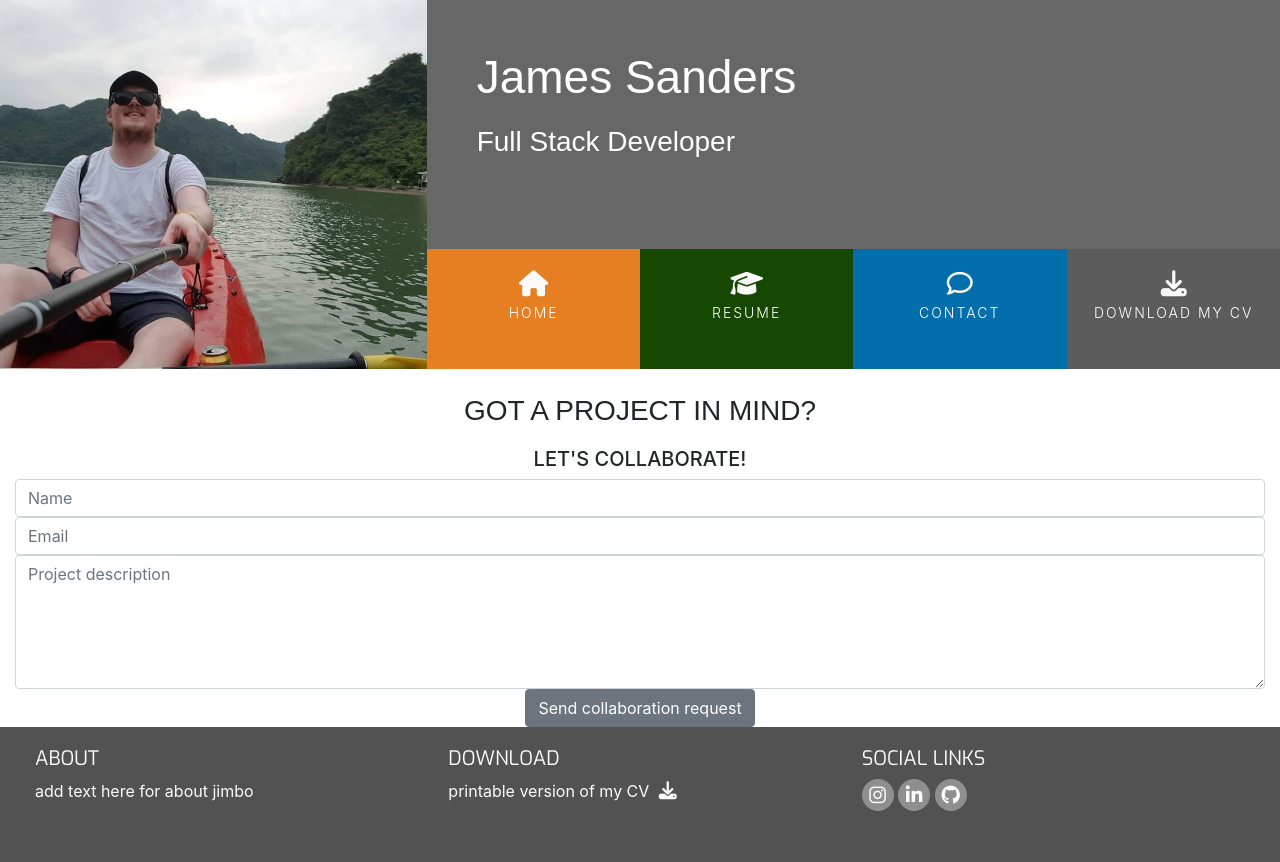
Repository: JaySanders95/my-online-resume
Page: contact.html
These files come from the project's save history. The page is drawn as it stood at one moment and after the next save; the edit follows.
The browser window is 1280 px wide. The pictures show the whole page.
Some web fonts or font styles are not loaded; a fallback is used. Some web libraries are served in a nearby version.

Above is the page before, as saved 2023-05-05 14:01:10.

### contact.html
<!DOCTYPE html>
<html lang="en">
<head>
    <meta charset="UTF-8">
    <meta http-equiv="X-UA-Compatible" content="IE=edge">
    <meta name="viewport" content="width=device-width, initial-scale=1.0">
    <link rel="stylesheet" href="https://cdn.jsdelivr.net/npm/@fortawesome/fontawesome-free@6.2.1/css/fontawesome.min.css" integrity="sha384-QYIZto+st3yW+o8+5OHfT6S482Zsvz2WfOzpFSXMF9zqeLcFV0/wlZpMtyFcZALm" crossorigin="anonymous">
    <link rel="stylesheet" href="https://cdn.jsdelivr.net/npm/bootstrap@4.6.2/dist/css/bootstrap.min.css" integrity="sha384-xOolHFLEh07PJGoPkLv1IbcEPTNtaed2xpHsD9ESMhqIYd0nLMwNLD69Npy4HI+N" crossorigin="anonymous">
    <link rel="stylesheet" href="assets/css/style.css">
    <link rel="stylesheet" href="https://cdnjs.cloudflare.com/ajax/libs/hover.css/2.3.1/css/hover-min.css" integrity="sha512-csw0Ma4oXCAgd/d4nTcpoEoz4nYvvnk21a8VA2h2dzhPAvjbUIK6V3si7/g/HehwdunqqW18RwCJKpD7rL67Xg==" crossorigin="anonymous" referrerpolicy="no-referrer" />
    <title>James Sanders' Resume</title>
</head>
<body>
    <header>
        <div class="row no-gutters">
            <a href="index.html" class="col-md-4 logo">

            </a>
            <div class="col-md-8">
                <div class="row bg-color-name-title no-gutters">
                    <div class="col heading">
                        <h1 class="name">James Sanders</h1>
                        <h2 class="title">Full Stack Developer</h2>

                    </div>
                </div>
                <div class="row no-gutters">
                    <div class="col">
                        <ul id="nav" class="list-inline menucontainer">
                            <li class="col-6 col-sm-3 ui-menu-color-home list-inline-item menuitem">
                                <a href="#" class="hvr-bounce-to-bottom"><i class="fa fa-home" aria-hidden="true"></i><span>Home</span></a>
                            </li>
                            <li class="col-6 col-sm-3 ui-menu-color-resume list-inline-item menuitem">
                                <a href="#" class="hvr-bounce-to-bottom"><i class="fa fa-graduation-cap" aria-hidden="true"></i><span>Resume</span></a>
                            </li>
                            <li class="col-6 col-sm-3 ui-menu-color-contact list-inline-item menuitem">
                                <a href="#" class="hvr-bounce-to-bottom"><i class="fa fa-comment-o" aria-hidden="true"></i><span>Contact</span></a>
                            </li>
                            <li class="col-6 col-sm-3 ui-menu-color-download list-inline-item menuitem">
                                <a href="#" class="hvr-bounce-to-bottom"><i class="fa fa-download" aria-hidden="true"></i><span>Download my CV</span></a>
                            </li>
                        </ul>
                    </div>
                </div>
            </div>
        </div>
    </header>
    <section class="container-fluid">
        <div class="row bg-color-contact">
            <div class="col">
                <h3 class="contact-heading uppercase text-center">Got a project in mind?</h3>
                <h5 class="uppercase text-center">Let's collaborate!</h5>
                <div class="center-form">
                    <form>
                        <input type="text" name="name" id="fullname" class="form-control" placeholder="Name" required>
                        <input type="email" name="email" id="emailaddress " class="form-control" placeholder="Email" required>
                        <textarea name="projectsummary" id="projectsummary" rows="5" class="form-control" placeholder="Project description" required></textarea>
                        <div class="form-row text-center">
                            <div class="col">
                                <button type="submit" class="btn btn-secondary">Send collaboration request</button>
                            </div>
                        </div>
                    </form>
                </div>
            </div>
        </div>

    </section>
    <footer class="container-fluid">
        <div id="footer-details" class="row">
            <div class="col-sm-4">
                <h5 class="uppercase general-sub">About</h5>
                <p class="inline-block"> add text here for about jimbo</p>
            </div>
            <div class="col-sm-4">
                <h5 class="uppercase general-sub">Download</h5>
                <p class="inline-block"> printable version of my CV</p>
                <a href="#" target="_blank" class="cv-pdf">
                    <i class="fa fa-download" aria-hidden="true"></i>
                    <span class="sr-only">Download link.</span>
                </a>
            </div>
            <div class="col-sm-4">
                <h5 class="uppercase general-sub">Social links</h5>
                <ul class="list-inline social-links">
                    <li class="list-inline-item">
                        <a target="_blank" href="#">
                            <i class="fa fa-instagram"></i>
                            <span class="sr-only">Instagram</span>
                        </a>
                    </li>
                    <li class="list-inline-item">
                        <a target="_blank" href="#">
                            <i class="fa fa-linkedin"></i>
                            <span class="sr-only">LinkedIn</span>
                        </a>
                    </li>
                    <li class="list-inline-item">
                        <a target="_blank" href="#">
                            <i class="fa-brands fa-github"></i>
                            <span class="sr-only">GitHub</span>

                        </a>
                    </li>
                </ul>
            </div>
        </div>

    </footer>
    <script src="https://kit.fontawesome.com/c80cd6a143.js" crossorigin="anonymous"></script>
</body>
</html>

### assets/css/style.css
@import url('https://fonts.googleapis.com/css2?family=Anuphan:100,200,300,400,500,600,700wght@300&family=Exo:100,200,300,400,500,600,700ital,wght@1,300&display=swap');


/* ------- Colours ---------*/

.bg-color-name-title {
    background-color:#676767;
}

.bg-color-three-reasons {
    background-color: #fff;
}

.bg-color-personal-info {
    background-color:#f4f4f4;
}

.ui-menu-color-home {
    background-color: #e67e22;
}

.ui-menu-color-resume {
    background-color: #164802;
}

.ui-menu-color-contact {
    background-color: #036eac;
}

.ui-menu-color-download {
    background-color: #5c5c5c;
}

.bg-color-work-history {
    background-color: #164802;
}

.bg-color-contact {
    background-color: #fff;
}

/* ------- Special paddings/margins/text ---------*/

h1,h2,h3,h4 {
    margin: 0;
}

.uppercase {
    text-transform: uppercase;
}

.general-sub {
    font-family: 'Exo', sans-serif;
    font-weight: 300;
    color: #fafafa;
}

.inline-block {
    display: inline-block;
}

.row-table {
    display: table;

}
.section-column {
    display: table-cell;
    padding: 0 30px 30px;
    float: none;
}

.history-heading,
.section-heading {
    font-family: 'Exo', sans-serif;
    font-weight: 300;
    margin-top: 25px;
    margin-bottom: 40px;
}

/* ------- Headers ---------*/
header {
    margin: 0;
}

.heading {
    margin-left: 50px;
}

.logo {
    background: url(../images/me.png);
    background-position: center;
    background-repeat: no-repeat;
    background-size: cover;
    min-height: 360px;
    transition: all .5s ease-in-out;
    -moz-transition: all .5s ease-in-out;
    -webkit-transition: all .5s ease-in-out;
}

.name {
    font-family: 'Anuphan', sans-serif;
    font-weight: 100;
    font-size: 46px;
    margin-top: 50px;
    color: #fff;
}


.title {
    font-family: 'Anuphan', sans-serif;
    font-weight: 200;
    font-size: 28px;
    margin-top: 20px;
    margin-bottom: 90px;
    color: #fff;
}

.list-inline-item:not(:last-child) {
    margin: 0;
}

.menucontainer {
    font-size: 0;
}

#nav li {
    font-size: 14px;
    padding: 0;
}

#nav {
    margin: 0;
}

.menuitem {
    height: 120px;
    text-align: center;
    padding: 0;

}

.menuitem a {
    width: 100%;
    text-decoration: none;
    color: #fff;
    height: 120px;
}

.menuitem a i {
    display: block;
    padding-top: 22px;
    color: #fafafa;
    font-size: 26px;
}

.menuitem span {
    display: block;
    width: 100%;
    padding-top: 5px;
    text-align: center;
    text-transform: uppercase;
    font-size: 14px;
    font-weight: 300;
    letter-spacing: 2px;
}

/* ------- Hover.css ---------*/

.hvr-bounce-to-bottom:before {
    background: rgba(0, 0, 0, 0.3) !important;
    height: 120px;

}

/* ------- Footer ---------*/

footer {
    background-color: #525252;
    color: #fafafa;
    min-height: 120px;
}

.cv-pdf i {
    font-size: 18px;
    color: #fafafa;
    text-align: center;
    padding-left: 5px;
    transition: all 0.35s ease-in-out;
    -moz-transition: all 0.35s ease-in-out;
    -webkit-transition: all 0.35s ease-in-out;
    -o-transition: all 0.35s ease-in-out;
}

.cv-pdf i:hover {
    color: #e84610;
}

.social-links {
    padding-bottom: 15px;
}

.social-links li a i {
    width: 32px;
    height: 32px;
    padding: 7px 0;
    border-radius: 50%;
    font-size: 19px;
    text-align: center;
    color: #fafafa;
    background: #8f8f8f;
    transition: all 0.35s ease-in-out;
    -moz-transition: all 0.35s ease-in-out;
    -webkit-transition: all 0.35s ease-in-out;
    -o-transition: all 0.35s ease-in-out;
}

.social-links li a i:hover {
    background-color: #e84610;
}

#footer-details {
    padding: 20px;
}

/* ------- 3 Reasons ---------*/

.three-reasons-icon {
    font-size: 26px;
    color: #e67e22;
}

.three-reasons-heading {
    margin-bottom: 15px;
}

/* ------- Personal Info ---------*/

.personal-info-item {
    margin-bottom: 20px;
    display: block;
    clear: both;
}

.personal-info-item .key,
.personal-info-item .value {
    padding: 8px;
    display: inline-block;

}

.personal-info-item .key p,
.personal-info-item .value p {
    margin: 0;
}

.personal-info-item .key {
    width: 30%;
    margin-right: 21px;
    padding-top: 2px;
    vertical-align: top;
}

.personal-info-item .key p {
    font-weight: 700;


}

.personal-info-item .value {
    position: relative;
    width: 60%;

}

/* ------- Skills ---------*/

.progress {
    line-height: normal;
    position: relative;
    height: 25px;
    margin-bottom: 4px;
}

.progress-type {
    position: absolute;
    left: 0px;
    font-weight: 400;
    padding: 3px 30px 2px 10px;
    color: #fafafa;
    background-color: rgba(25, 25, 25, 0.2);
    height: inherit;
}

.progress-section {
    margin: 40px 20px;
}

/* -------- Work History ----- */

.history-heading {
    color: #fafafa;
    margin-bottom: 50px;
}

.timeline-item {
    padding: 4em 2em 0em 2em;
    position: relative;
    color: #fafafa;
    border-left: 1px solid;
}

.timeline-item p {
    padding: 0;
    margin: 0;
}

.timeline-item:before {
    content: attr(data-dates);
    position: absolute;
    left: 2.5em;
    top: 3em;
    display: block;
    font-family: 'Exo', sans-serif;
    font-weight: 500;
    font-size: 0.8em;
    padding: 0;
    margin: 0;
}

.timeline-item:after {
    width: 12px;
    height: 12px;
    display: block;
    top: 2.4em;
    position: absolute;
    left: -6px;
    border-radius: 12px;
    content: '';
    background: #fafafa;
}

.history-items {
    margin-bottom: 30px;
}


/* -------- Content form ----- */
.contact-heading {
    font-family: 'Anuphan', sans-serif;
    font-weight: 300;
    margin-top: 25px;
    margin-bottom: 20px;
}



/*
font-family: 'Anuphan', sans-serif;
font-family: 'Exo', sans-serif;
*/

After the next save:
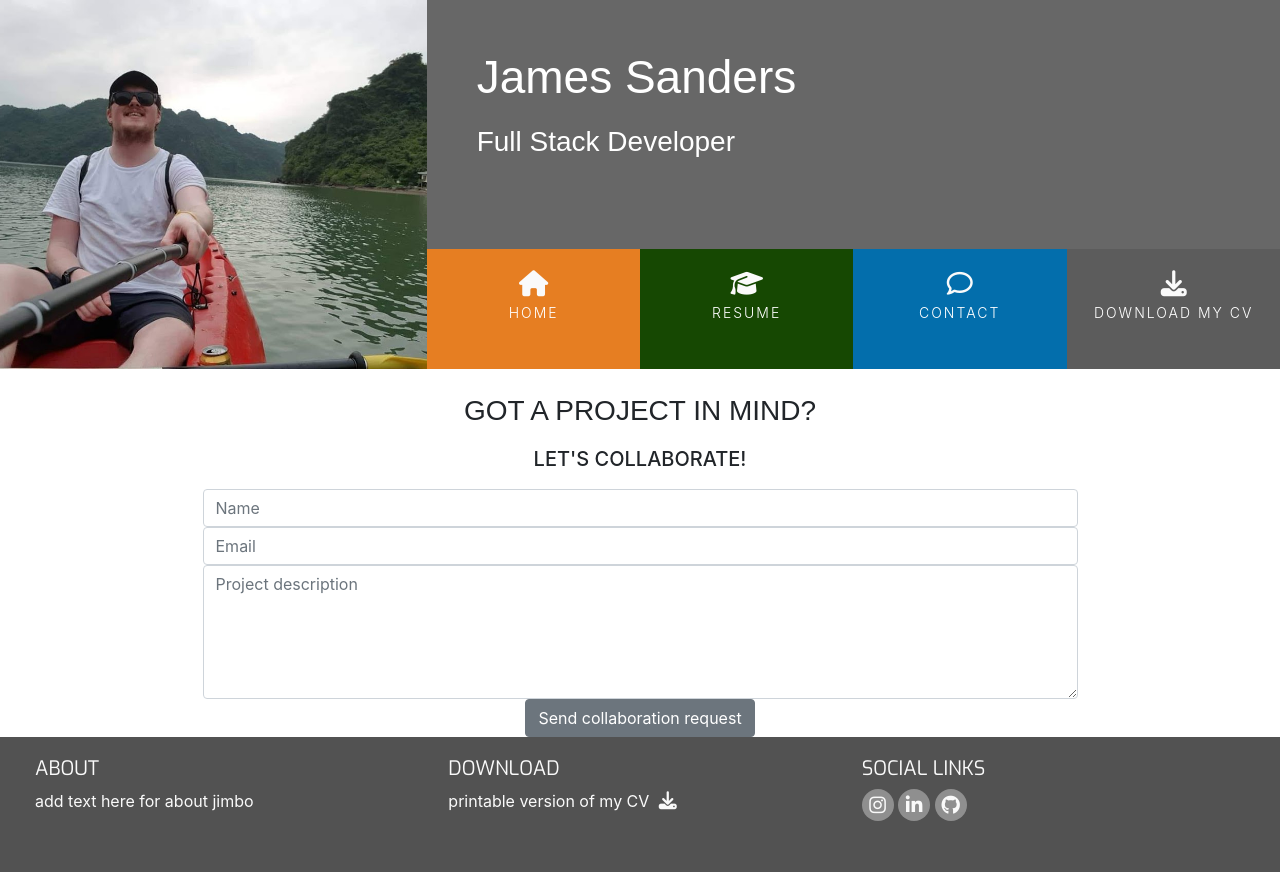
Saved 60 s later.
--- a/assets/css/style.css
+++ b/assets/css/style.css
@@ -352,6 +352,13 @@ footer {
     margin-bottom: 20px;
 }
 
+.center-form {
+    padding-top: 10px;
+    margin: 0 auto;
+    max-width: 70%;
+
+}
+
 
 
 /*
